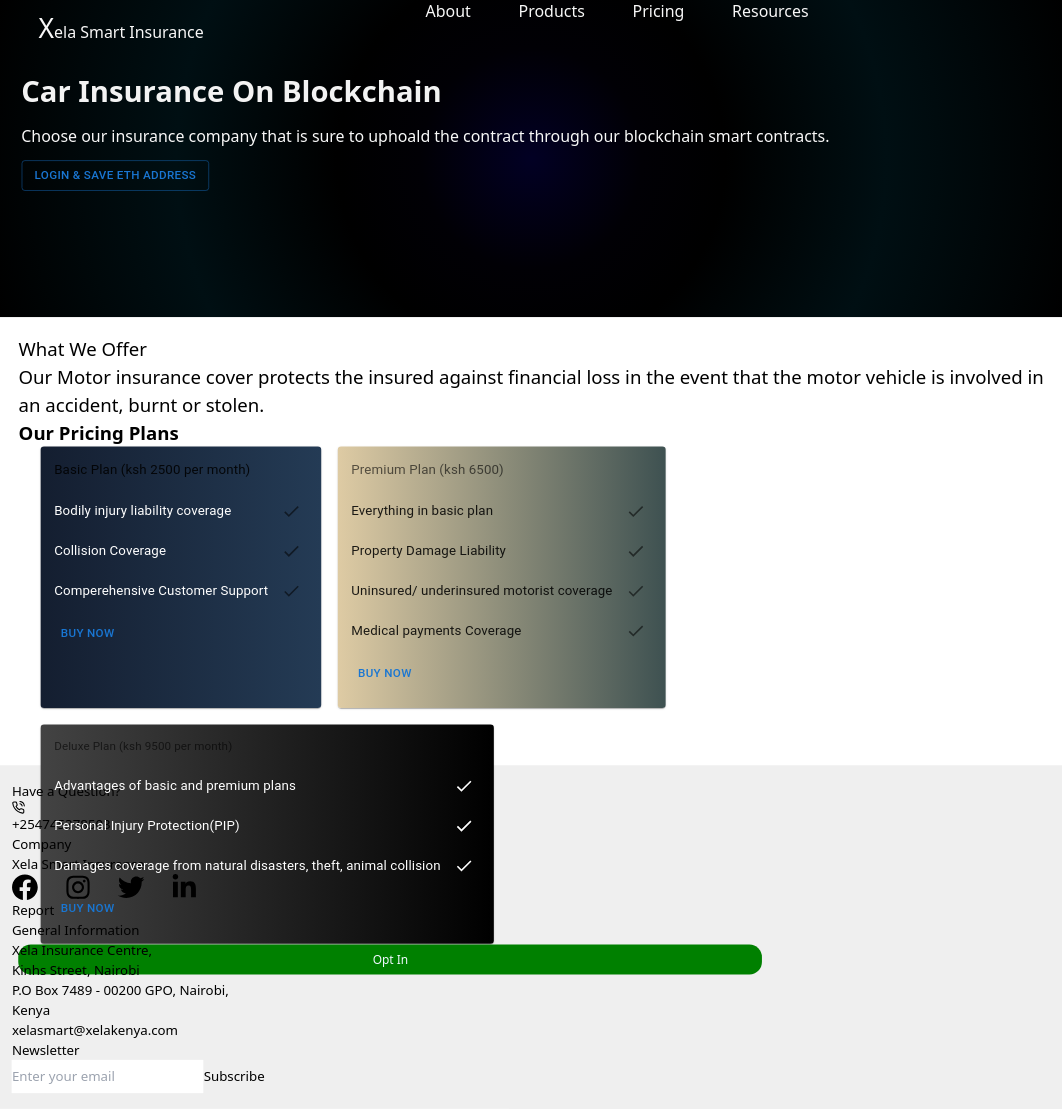
Repository: ALVIN-OBONYO/Xela-smart_insuarance
Page: / (app in frontend/)
An editor plug-in stored every save of this project. The page is shown before and after the next save, followed by the edit.
The browser window is 1280 px wide. The pictures show the whole page, at 83% of full size.
The project was rebuilt for these pictures with package versions that can differ from the ones it lists, and the page was loaded fresh each time. Also part of the build but not shown: frontend/src/Pages/Policies.jsx, frontend/src/Components/Calendar.css, frontend/src/Components/Calendar.jsx, frontend/src/Components/Input.js, frontend/src/Components/Upload.css, frontend/src/Components/Upload.js, frontend/src/Pages/ReportForm.jsx, frontend/src/Pages/Report.jsx and 2 more.

Above is the page before, as saved 2022-10-03 15:32:30.

### frontend/public/index.html
<!DOCTYPE html>
<html lang="en">
  <head>
    <meta charset="utf-8" />
    <link rel="icon" href="%PUBLIC_URL%/favicon.ico" />
    <meta name="viewport" content="width=device-width, initial-scale=1" />
    <meta name="theme-color" content="#000000" />
    <meta
      name="description"
      content="Web site created using create-react-app"
    />
    <link rel="apple-touch-icon" href="%PUBLIC_URL%/logo192.png" />
    <!--
      manifest.json provides metadata used when your web app is installed on a
      user's mobile device or desktop. See https://developers.google.com/web/fundamentals/web-app-manifest/
    -->
    <link rel="manifest" href="%PUBLIC_URL%/manifest.json" />
    <!--
      Notice the use of %PUBLIC_URL% in the tags above.
      It will be replaced with the URL of the `public` folder during the build.
      Only files inside the `public` folder can be referenced from the HTML.

      Unlike "/favicon.ico" or "favicon.ico", "%PUBLIC_URL%/favicon.ico" will
      work correctly both with client-side routing and a non-root public URL.
      Learn how to configure a non-root public URL by running `npm run build`.
    -->
    <title>React App</title>
  </head>
  <body>
    <noscript>You need to enable JavaScript to run this app.</noscript>
    <link
    href="https://unpkg.com/tailwindcss@^1.0/dist/tailwind.min.css"
    rel="stylesheet"
  />
  <script
    src="https://cdnjs.cloudflare.com/ajax/libs/web3/1.6.1/web3.min.js"
    integrity="sha512-5erpERW8MxcHDF7Xea9eBQPiRtxbse70pFcaHJuOhdEBQeAxGQjUwgJbuBDWve+xP/u5IoJbKjyJk50qCnMD7A=="
    crossorigin="anonymous"
    referrerpolicy="no-referrer"
  ></script>
    <div id="root"></div>
    <!--
      This HTML file is a template.
      If you open it directly in the browser, you will see an empty page.

      You can add webfonts, meta tags, or analytics to this file.
      The build step will place the bundled scripts into the <body> tag.

      To begin the development, run `npm start` or `yarn start`.
      To create a production bundle, use `npm run build` or `yarn build`.
    -->
  </body>
</html>

### frontend/src/index.js
import React from 'react';
import ReactDOM from 'react-dom/client';
import './index.css';
import App from './App';
import reportWebVitals from './reportWebVitals';
import { BrowserRouter } from 'react-router-dom';
const root = ReactDOM.createRoot(document.getElementById('root'));
root.render(
  <React.StrictMode>
     <BrowserRouter>
       <App />
    </BrowserRouter>
  </React.StrictMode>
);

// If you want to start measuring performance in your app, pass a function
// to log results (for example: reportWebVitals(console.log))
// or send to an analytics endpoint. Learn more: https://bit.ly/CRA-vitals
reportWebVitals();

### frontend/src/App.jsx
import './App.css';
import RoutePages from './Components/RoutePages';

function App() {
  return (
    <div className="App">
      <RoutePages/>
    </div>
  );
}

export default App;

### frontend/src/Components/RoutePages.jsx
import React from 'react'
import { Routes, Route} from 'react-router-dom'
import EntryPage from '../Pages/Entrypage'
import PolicyMaker from '../Pages/Policies'
import ReportForm from '../Pages/ReportForm'
import Report from '../Pages/Report'
import ReportInfo from '../Pages/ReportInfo'
import FormPagination from './FormPagination'
const RoutePages = () => {
    return (


   <Routes>

    <Route exact path="/" element={<EntryPage />} />
    <Route path="policy" element={<PolicyMaker />} />

    <Route path="report/2" element={<ReportForm/> } />
    <Route path="report/1" element={<ReportInfo />} />
    <Route path="report/*" element={<FormPagination />} />

   </Routes>


    )
}

export default RoutePages

### frontend/src/Pages/Entrypage.jsx
import React, {useState, useRef} from 'react'
import "../Components/Navbar.css"
import { FaTimes, FaBars, FaInstagram, FaTwitter, FaLinkedinIn, FaFacebook, } from 'react-icons/fa'
import {FiPhoneCall} from 'react-icons/fi'
import { Link} from 'react-router-dom'
import { loginWithEth } from '../Services/LoginWithEth'
import { truncateAddress } from '../Services/TruncateAddress'
import Web3 from 'web3'
import { getContractSymbol } from '../Services/Contract'
import TextField from '@mui/material/TextField'
import Button from "@mui/material/Button"
import FormGroup from "@mui/material/FormGroup"
import PlanCard from "../Components/Cards"
const Entrypage = () => {
        const [navButton, setNavButton] = useState(false)
        const [policy, setPolicy] = useState("")
        const switchNavState = () => setNavButton(!navButton)
        const buttonLogout = useRef(null)
        const yourAddress = useRef()
        window.userAddress = null



        window.onload = async () => {
            if (window.ethereum) {
                window.web3 = new Web3(window.ethereum)
            } else {
                alert("No ETH browser extension detected.")
            }
        }

        function showAddress() {
          if (!window.userAddress) {
            yourAddress.current.innerText = ""
            buttonLogout.current.classList.add("hidden")
             return false
        }

        yourAddress.innerText = `ETH Address: ${truncateAddress(window.userAddress)}`
        buttonLogout.classList.remove("hidden")
    }

         function logout() {
            window.userAddress = null
            window.localStorage.removeItem(buttonLogout)
            showAddress()
}

    return (
        <>
        <header>
        <nav id="my-nav">
        <h1 className='brand'><span className='X'>X</span>ela Smart Insurance</h1>
        <div className='toogleNav' onClick={switchNavState} >{navButton ?
        <div id="bars">

            <FaBars size="2.5em"/>
            </div> :
            <div className = "navflex">
            <div id="times">
                <FaTimes />
                </div>
            <h4>About</h4>
            <h4>Products</h4>
            <h4>Pricing</h4>
            <h4>Resources</h4>
            </div>

}
        </div>
        <div className='nav-section'>
            <h4>About</h4>
            <h4>Products</h4>
            <h4>Pricing</h4>
            <h4>Resources</h4>
        </div>
        </nav>
        <section className="top-descr" id='top'>
            <h1 id="top-h3">Car Insurance On Blockchain</h1>
            <p id="top-pg">Choose our insurance company that is sure to uphoald the contract through our blockchain smart contracts.</p>
            <div id="policy-sec">
                {/* <FormGroup row >
               <TextField
                variant="outlined"
                placeholder='Enter your policy number'
                sx={{
                    borderRadius: 0,
                    padding: 0
                }}
                />
                <Button variant="contained" sx={{
                    borderRadius: 0,
                    padding: "6px"
                }}>Verify</Button>
                    </FormGroup> */}

            <Button variant="outlined" onClick={loginWithEth}>Login & Save ETH Address
                </Button>
                <p id="userAddress" className="text-gray-600" ref={yourAddress}></p>
                <button id="logoutButton" onClick={logout} className="hidden text-blue-500 underline" ref={buttonLogout}>Logout</button>
                           </div>
        </section>
        </header>
        <div className='about-descr' id="descr">
            <h2>What We Offer</h2>
            <p>
            Our Motor insurance cover protects the insured against financial loss in the event that the motor vehicle is involved in an accident, burnt or stolen.</p>

            <p>


<b>Our Pricing Plans</b>
</p>
<PlanCard />
            <Link to="/policy"><button id="buy-policy" onClick={getContractSymbol}>Opt In</button></Link>
        </div>
        <div id="footer">
            <div>
            <h2>Have a Question?</h2>
             <h3><FiPhoneCall /> +254745378503</h3>
             <h2>Company</h2>
             <h3>Xela Smart Insurance</h3>
             <div id="social-icons">
               <FaFacebook size="2em"/>
               <FaInstagram size="2em"/>
               <FaTwitter size="2em"/>
               <FaLinkedinIn size="2em"/>
             </div>
             <div>
                <Link to="/report/1">Report</Link>
                <h2>General Information</h2>
                <h4>Xela Insurance Centre,</h4>
                <h4>Kinhs Street, Nairobi</h4>
                <h4>P.O Box 7489 - 00200 GPO, Nairobi,</h4>
                <h4>Kenya</h4>
                <h4>xelasmart@xelakenya.com</h4>
                <h2>Newsletter</h2>
                <input type="text" placeholder="Enter your email" />
                <button>Subscribe</button>
             </div>
            </div>
        </div>
        </>
    )
}

export default Entrypage

### frontend/src/Components/Navbar.css
nav {
    width: 100vw;
    display: flex;
    justify-content: flex-start;
    align-items: flex-start;
}

.brand {
    flex-grow: 1;
    text-align: start;
    padding-left: 2.9rem;
    margin-top: 0.6rem;
    font-size: 1.2rem;
}

.X {
    font-size: 2rem;

}
.nav-section {
    display: flex;
    flex-grow: 1;
    gap: 3em;
    font-size: 1.2rem;
    padding-right: 2em;
    justify-content: flex-start;
    align-items: center;
}
.top-descr, .about-descr  {
    margin-top: 0;
    padding: 1em;
    text-align: justify;
    font-size: 1.6rem;
    height: 45vh;

}

#descr {
    font-size: 1.4rem;
    height: 75vh;
}

#top > h1 {
    font-size: 2.2rem;
    font-weight: 700;
    color: rgba(255, 255, 255, 0.952);
    margin-bottom: 0.4em;

}
header {
    background: rgb(2,0,36);
background: radial-gradient(circle, rgba(2,0,36,1) 0%, rgba(1,0,5,1) 20%, rgba(0,0,0,1) 35%, rgba(0,15,19,1) 64%, rgba(0,0,0,1) 100%);
    color: rgb(248, 248, 248);
}


#top-pg {

    font-size: 1.2rem;
    margin-bottom: 0.9rem;
}
#policy-sec {
    display: flex;
    gap: 0.8em;

}
input[type=text] {
    flex-grow: 1;
    height: 2.5em;
}
#btn-policy {
    background-color: rgb(0, 39, 90);
    flex-grow: 1;
    color: wheat;
    border: none;
    margin-top: 0.8em;
    border-radius: 5px;
    padding: 0.6rem;
    font-size: 1.4rem;
    font-weight: 500;

}
#buy-policy {
    width: 70vw;
    height: 2.5em;
    border: none;
    background-color: #008000;
    color:aliceblue;
    font-size: 0.9rem;
    border-radius: 15px;
}
#social-icons {
    display: flex;
    gap: 2em;
}
#footer {
    background-color: rgba(128, 128, 128, 0.13);
    text-align: start;
    padding: 1.2em  0.9em;
}

.navflex {
    display: flex;
    flex-direction: column;
    justify-content: center;
    align-items: center;
    gap: 2em;
    background-color: rgba(19, 20, 27, 0.918);
    color: white;
    width: 100vw;
    height: 100vh;
    right: 0;
    top: 0;
    position: absolute;
    text-transform: uppercase;
    /* animation-name: ${navanim}; */
}
@media screen and (max-width: 600px){
   .nav-section {

      display: none;
   }


}

@media screen and (min-width: 600px){
    .toogleNav {
        display: none;
        padding: 1.3em;
    }
}

### frontend/src/Services/LoginWithEth.js
import { showAddress } from "./showAddress";
export async function loginWithEth() {
    if (window.web3) {
        try {
            const selectedAccount = await window.ethereum.request({
                method: "eth_requestAccounts"
            })
            .then((accounts) => accounts[0])
            .catch(() => {
                throw Error("No account selected!")
            })

          window.userAddress = selectedAccount;
          window.localStorage.setItem("userAddress", selectedAccount);
        //   showAddress()
        }
        catch (error) {
            console.error(error)
        }
    } else {
        alert("No ETH browser extension detected.");
    }
}

### frontend/src/Services/TruncateAddress.js
export function truncateAddress(address) {
    if (!address) {
        return "";
    }
    return `${address.substr(0, 5)}...${address.substr(
        address.length - 5,
        address.length
      )}`;
}

### frontend/src/Services/Contract.js
window.ABI = require('./contract-abi.json')
export async function getContractSymbol() {
    const CONTRACT_ADDRESS = "0x1A5b30a61CED9B4D9c209E7F1d2fbD38657f8EB1"

    const contract = new window.web3.eth.Contract(
        window.ABI,
        CONTRACT_ADDRESS
    )

    const symbol = await contract.methods.symbol().call({
        from: window.userAddress    })

    alert(`Contract ${CONTRACT_ADDRESS} Symbol: ${symbol}`);
}

### frontend/src/Components/Cards.jsx
import * as React from 'react'
import Box from '@mui/material/Box'
import Card from '@mui/material/Card'
import CardActions from '@mui/material/CardActions'
import CardContent from '@mui/material/CardContent'
import Button from '@mui/material/Button'
import Typography from '@mui/material/Typography'
import {MdDone} from 'react-icons/md'
import List from '@mui/material/List'
import ListItem from '@mui/material/ListItem'
import ListItemText from '@mui/material/ListItemText'
import  IconButton  from '@mui/material/IconButton'

const planValues = [
    {id: 1, text: "Bodily injury liability coverage"},
    {id: 2, text: "Collision Coverage"},
    {id: 3, text: "Comperehensive Customer Support"}

]

const premium = [
    {id: 1, text: "Everything in basic plan"},
    {id: 2, text: "Property Damage Liability"},
    {id: 3, text: "Uninsured/ underinsured motorist coverage"},
    {id: 3, text: "Medical payments Coverage"},
]

const deluxe = [
    {id: 1, text: "Advantages of basic and premium plans"},
    {id: 2, text: "Personal Injury Protection(PIP)"},
    {id: 3, text: "Damages coverage from natural disasters, theft, animal collision"},

]
const PlanCard = () => {
    return (
        <Box sx={{ display: "flex", mx: "1.2em", flexDirection: "row", flexWrap: "wrap", gap: "0.9em"}}>
        <Card sx={{background: 'linear-gradient(to right, #141e30, #243b55)', color: 'white'}}>
        <CardContent>
            <Typography sx={{ fontSize: 16}} color="text.primary" gutterBottom>
                Basic Plan   (ksh 2500 per month)
            </Typography>
            <List sx={{ width: '100%'}}>
                {planValues.map((elem)=> (
                <ListItem key={elem.id} disableGutters secondaryAction={
                    <IconButton>
                        <MdDone />
                    </IconButton>
                }>
                <ListItemText primary={elem.text} />
                </ListItem>
                ))}
            </List>
            <Button>Buy Now</Button>
        </CardContent>
        </Card>
        <Card sx={{background: "linear-gradient(to right, #DECBA4, #3E5151)"}}>
        <CardContent>
            <Typography sx={{ fontSize: 16}} color="text.secondary" gutterBottom>
                Premium Plan   (ksh 6500)
            </Typography>
            <List sx={{ width: '100%'}}>
                {premium.map((elem)=> (
                <ListItem key={elem.id} disableGutters secondaryAction={
                    <IconButton>
                        <MdDone />
                    </IconButton>
                }>
                <ListItemText primary={elem.text} />
                </ListItem>
                ))}
            </List>
            <Button>Buy Now</Button>
        </CardContent>
        </Card>
        <Card sx={{background: "linear-gradient(to right, #434343 0%, black 100%)", color: "white"}}>
        <CardContent>
            <Typography sx={{ fontSize: 14}} color="text.secondary" gutterBottom>
                Deluxe Plan   (ksh 9500 per month)
            </Typography>
            <List sx={{ width: '100%'}}>
                {deluxe.map((elem)=> (
                <ListItem key={elem.id} disableGutters secondaryAction={
                    <IconButton>
                        <MdDone color="white"/>
                    </IconButton>
                }>
                <ListItemText primary={elem.text} />
                </ListItem>
                ))}
            </List>
            <Button>Buy Now</Button>
        </CardContent>
        </Card>
        </Box>
    )
}

export default PlanCard

Loaded but not shown: frontend/src/index.css (common file); frontend/src/reportWebVitals.js (common file); frontend/src/App.css (common file); frontend/src/Services/contract-abi.json (501 lines, source omitted); frontend/src/Services/showAddress.js (no stored copy; drawn as an empty file)

After the next save:
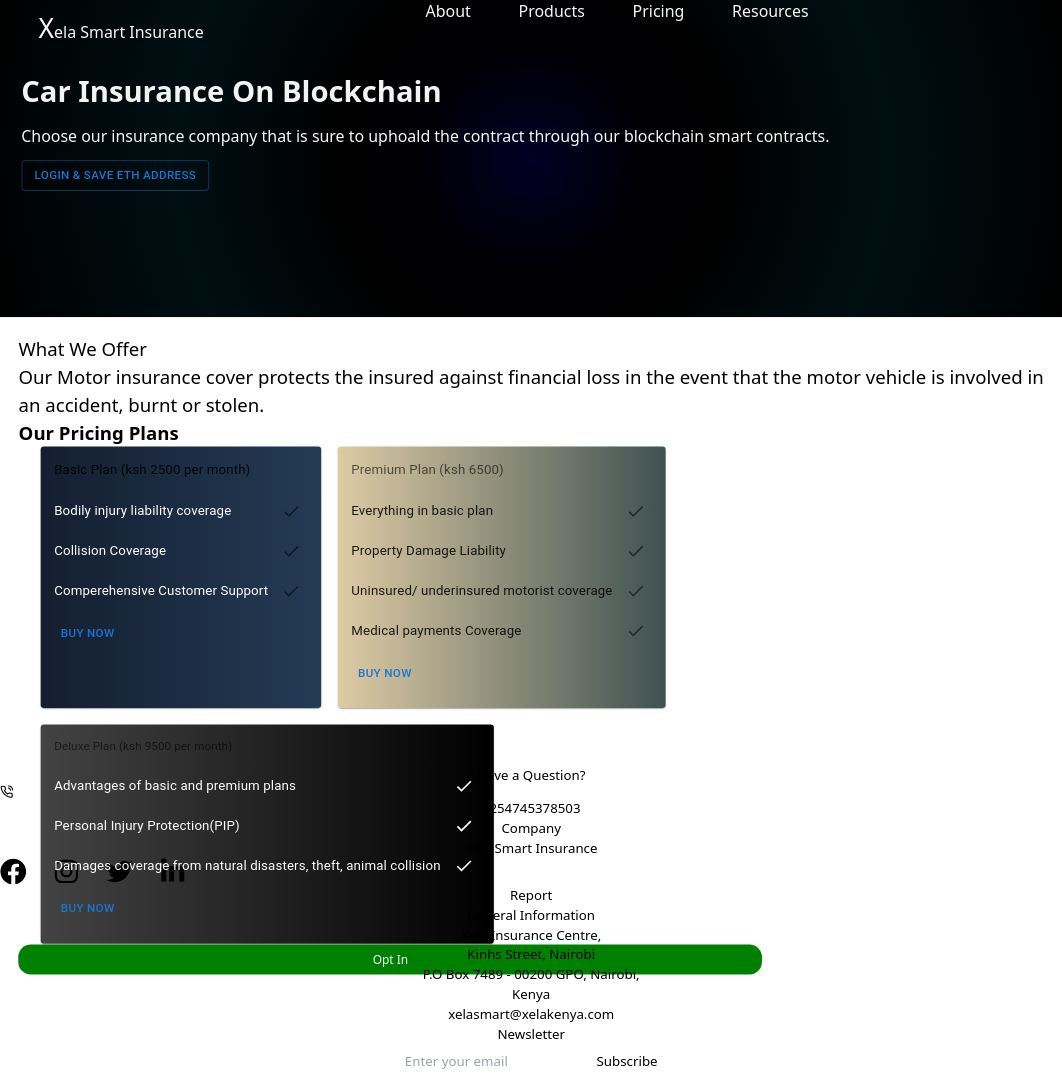
Saved 30 min 23 s later.
--- a/frontend/src/Pages/Entrypage.jsx
+++ b/frontend/src/Pages/Entrypage.jsx
@@ -114,7 +114,7 @@ const Entrypage = () => {
 <PlanCard />
             <Link to="/policy"><button id="buy-policy" onClick={getContractSymbol}>Opt In</button></Link>
         </div>
-        <div id="footer">
+        <div id="land-footer">
             <div>
             <h2>Have a Question?</h2>
              <h3><FiPhoneCall /> +254745378503</h3>
